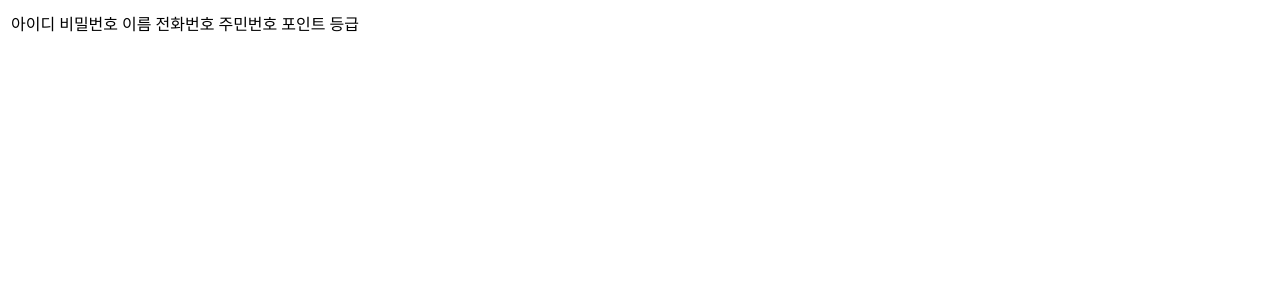
Repository: juntae710/acorn_web
Page: http://localhost/prj_0911/list3.page
The author's editor kept a copy of each file at every save. The page is drawn from the files as they stood at one save, then again after the next save.
The browser window is 1280 px wide. The pictures show the whole page.
The page is served by Tomcat 9. Queries for data that is not in the repository find no rows.

Above is the page before, as saved 2023-09-11 06:28:36.

After the next save:
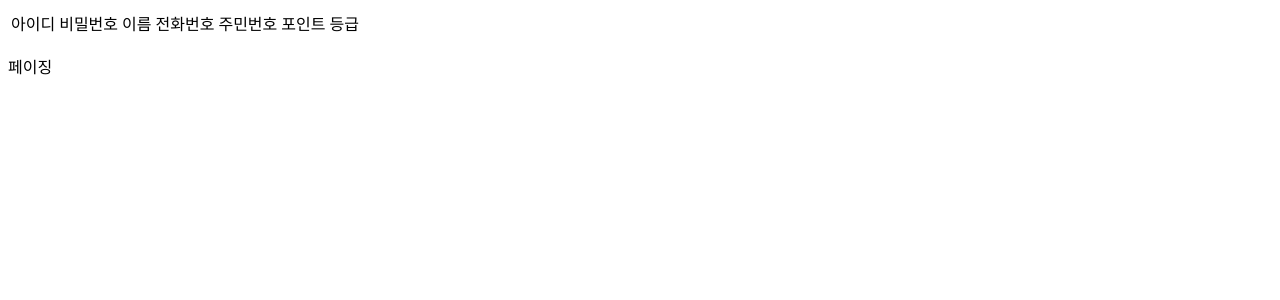
Saved 3 min 55 s later.
--- a/prj_0911/src/main/webapp/WEB-INF/views/listPage3.jsp
+++ b/prj_0911/src/main/webapp/WEB-INF/views/listPage3.jsp
@@ -2,10 +2,10 @@
 <%@page import="java.util.ArrayList"%>
 <%@page import="page.PageHandler"%>
 <%@ page language="java" contentType="text/html; charset=UTF-8"
-    pageEncoding="UTF-8"%>
-    <%@ page import="page.PageHandler" %>
-    <%@ page import="java.util.ArrayList" %>
-    <%@ page import="page.Member" %>
+	pageEncoding="UTF-8"%>
+<%@ page import="page.PageHandler"%>
+<%@ page import="java.util.ArrayList"%>
+<%@ page import="page.Member"%>
 <!DOCTYPE html>
 <html>
 <head>
@@ -13,32 +13,48 @@
 <title>Insert title here</title>
 </head>
 <body>
-<% PageHandler handler = (PageHandler)request.getAttribute("handler");
-ArrayList<Member> list =(ArrayList<Member>)request.getAttribute("list");
+	<%
+	PageHandler handler = (PageHandler) request.getAttribute("handler");
+	ArrayList<Member> list = (ArrayList<Member>) request.getAttribute("list");
+	%>
 
-%>
+	<table>
+		<tr>
+			<td>아이디</td>
+			<td>비밀번호</td>
+			<td>이름</td>
+			<td>전화번호</td>
+			<td>주민번호</td>
+			<td>포인트</td>
+			<td>등급</td>
+		</tr>
+		<%
+		for (Member m : list) {
+		%>
+		<tr>
+			<td><%=m.getM_id()%></td>
+			<td><%=m.getM_pw()%></td>
+			<td><%=m.getM_name()%></td>
+			<td><%=m.getM_tel()%></td>
+			<td><%=m.getM_birthday()%></td>
+			<td><%=m.getM_point()%></td>
+			<td><%=m.getM_grade()%></td>
+		</tr>
+		<%
+		}
+		%>
+	</table>
 
-<table>
-<tr>
-<td>아이디</td>
-<td>비밀번호</td>
-<td>이름</td>
-<td>전화번호</td>
-<td>주민번호</td>
-<td>포인트</td>
-<td>등급</td>
-</tr>
-<% for(Member m : list){ %>
-<tr>
-<td><%=m.getM_id() %></td>
-<td><%=m.getM_pw() %></td>
-<td><%=m.getM_name() %></td>
-<td><%=m.getM_tel() %></td>
-<td><%=m.getM_birthday() %></td>
-<td><%=m.getM_point() %></td>
-<td><%=m.getM_grade() %></td>
-</tr>
-<%} %>
-</table>
+	<p>페이징</p>
+
+	<%
+	int index = handler.getGrpStartPage();
+	while (index <= handler.getGrpEngPage()) {
+	%>
+	[<%=index%>]
+	<%
+	index++;
+	}
+	%>
 </body>
 </html>
